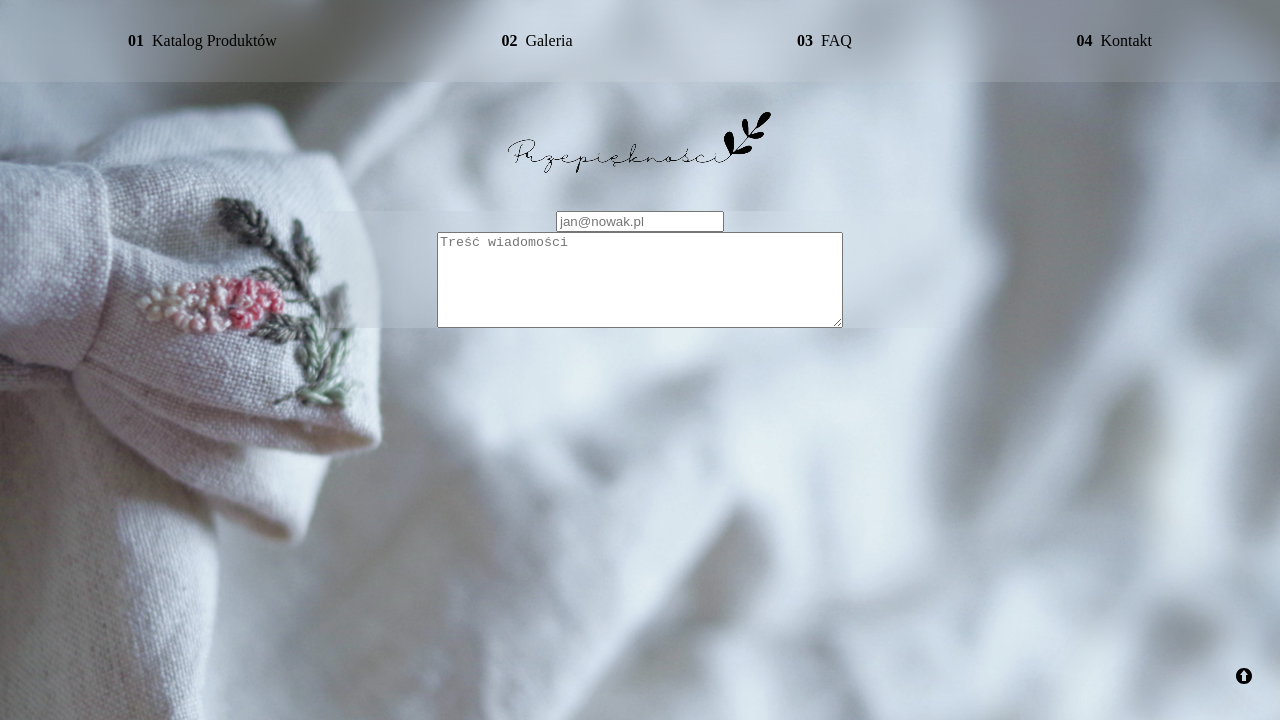
Repository: kowalkos/Rak_projekt
Page: /about
An editor plug-in stored every save of this project. The page is shown before and after the next save, followed by the edit.
The browser window is 1280 px wide. The pictures show the whole page.
The project was rebuilt for these pictures with package versions that can differ from the ones it lists, and the page was loaded fresh each time. Also part of the build but not shown: src/components/produkty/Produkt.css, src/components/produkty/produkt.js, src/components/galeria/Galeria.js, src/components/main/Main.js, src/components/FAQ/Faq.js.

Above is the page before, as saved 2022-01-18 20:57:44.

### src/index.css
body {
  margin: 0;
  background-image: url('/src/img/tlo.jpg');
  background-attachment: fixed;
  background-repeat: no-repeat;
  background-size: cover;
  overflow-x: hidden;
  color: black;

  min-width: 325px;
}

### src/App.js
import Produkt from './components/produkty/produkt';
import Galeria from './components/galeria/Galeria';
import Main from './components/main/Main';
import Faq from './components/FAQ/Faq';
import About from './components/about/About';
import Footer from './components/footer/footer';
import './App.css';
import NavBar from './components/navbar/NavBar';
import {BrowserRouter as Router, Route, Routes} from 'react-router-dom';
function App() {

  return (
    <Router>
    <div className="App">
     <NavBar/>
     <Routes>
     <Route path="/" element={<Main/>}/>
     <Route path="/Faq"element={<Faq/>}/>
     <Route path="/produkty" element={<Produkt/>}/>
     <Route path="/galeria"element={<Galeria/>}/>
     <Route path="/about"element={<About/>}/>
     </Routes>
     <Footer/>
    </div>
    </Router>
  );
}

export default App;

### src/components/about/About.js
import "./About.css"
function About(props) {
    return <div>
        <div className="blok">
            <form>
                <input className="email-input"  type="email" placeholder="jan@nowak.pl"/>
                <textarea className="mail-text" rows={6} cols={60} placeholder="Treść wiadomości"/>
            </form>
        </div>
        </div>
}
export default About;

### src/components/footer/footer.js
import './footer.css';
function Footer(props)
{
    return <div >

            <a href='#top'>
                <button className='upArrow'></button>
            </a>


    </div>;
}
export default Footer;

### src/App.css
.App {
  text-align: center;
  /* background-image: url('/src/img/kosmos.jpg'); */

}

### src/components/navbar/NavBar.js

import { Link } from 'react-router-dom';
import logo from '../../img/logoso.png';
import './NavBar.css';
function NavBar(props) {


    function toggle() {
        const primaryNav = document.querySelector('.primary-navigation');
        const navToggle = document.querySelector('.mobile-nav-toggle');
        console.log(primaryNav);
        console.log(navToggle);

        const visibility = primaryNav.getAttribute('data-visible');
        if (visibility === "false") {
            primaryNav.setAttribute('data-visible', true);
            navToggle.setAttribute('aria-expanded', true);
        }
        else if (visibility === "true") {
            primaryNav.setAttribute('data-visible', false);
            navToggle.setAttribute('aria-expanded', false);
        }
        console.log(visibility);
    }
    return <header className='primary-header'>
        <button className='mobile-nav-toggle'
            aria-controls='primary-navigation'
            onClick={toggle} >
            <span className='sr-only'></span>
        </button>

        <nav>
            <ul id='primary-navigation' aria-expanded="false" data-visible="false" className='primary-navigation flex'>
                {/* <li>
                    <Link to='/' >
                        <span aria-hidden="true">00</span>
                        Strona główna
                    </Link>
                </li> */}
                <li>
                    <Link to='/produkty' >
                        <span aria-hidden="true">01</span>
                        Katalog Produktów
                    </Link>
                </li>
                <li>
                    <Link to='/galeria' >
                        <span aria-hidden="true">02</span>
                        Galeria
                    </Link>
                </li>
                <li>
                    <Link to='/Faq' >
                        <span aria-hidden="true">03</span>
                        FAQ
                    </Link>
                </li>
                <li>
                    <Link to='/about' >
                        <span aria-hidden="true">04</span>
                        Kontakt
                    </Link>
                </li>
            </ul>
        </nav>
        <div className='logo'>
        <Link to='/' >
            <img  src={logo} alt='Logo'></img>
            </Link>
        </div>

    </header>;

    // return <div className='main-nav-bar' >
    //     <div className='nav-bar__roll-down' onhover={onHoverHandle} >
    //         Katalog Produktów
    //         <div id='nav-bar__inside'>
    //             Kokardy
    //         </div>
    //         <div id='nav-bar__inside'>
    //             Kokardy
    //         </div>
    //         <div id='nav-bar__inside'>
    //             Kokardy
    //         </div>
    //         <div id='nav-bar__inside'>
    //             Kokardy
    //         </div>height:"20px";width
    //     </div >
    //     <div className='nav-bar'>
    //         O mnie
    //     </div>
    //     <div className='nav-bar'>
    //         FAQ
    //     </div>
    //     <div className='nav-bar'>
    //         Kontakt
    //     </div>

    // </div>;
}

export default NavBar;

### src/components/about/About.css
.blok
{
    width: 50%;
    margin: 1rem auto;
    display: flex;
    justify-content: center;
    align-items: center;
}
.email-input
{
    display: inline-block;
    width:10rem;
}
.mail-text
{
   display: block;
   width: 25rem;
}
@supports(backdrop-filter: blur(1rem)) {
    .blok{
        backdrop-filter: blur(4rem);
    }
}

### src/components/footer/footer.css
.footer
{
    width: 80%;
    margin: 0 auto;
}
.upArrow
{
    display: block;
    position: fixed;
    width: 2.25rem;
    aspect-ratio: 1;
    right: 0.5rem;
    bottom: 1rem;
    z-index: 10000;
    background-color: transparent;
    background-image: url(/src/img/arrow_up.svg);
    background-repeat: no-repeat;
    border: 0px;
    transition: all 0.5s ease-in-out;

}

### src/components/navbar/NavBar.css
.flex {
    display: flex;
    gap: var(--gap, 1rem);
}

.primary-header {
    align-items: center;
    justify-content: space-between;

}
.logo{
    margin:0rem;
}
.mobile-nav-toggle {
    display: none;
}

.primary-navigation {
    list-style: none;
    margin: 0 0rem;
    background: hsl(0 0% 0% /0.75);
}


.primary-navigation a {
    text-decoration: none;
    color: black;
}

.primary-navigation a>[aria-hidden="true"] {
    font-weight: 700;
    margin-inline-end: .5rem;
}

@supports(backdrop-filter: blur(1rem)) {
    .primary-navigation {
        background: hsl(0 0% 100% /0.1);
        backdrop-filter: blur(1rem);
    }
}

@media (max-width:35em) {
    .primary-navigation {
        position: fixed;
        inset: 0 0 0 50%;
        --gap: 1rem;
        z-index: 1000;
        flex-direction: column;
        padding: min(30vh, 5rem) 1rem;

        transform: translateX(100%);
        transition: transform 350ms ease-out;
    }

    .primary-navigation[data-visible="true"] {
        transform: translateX(0%);
    }

    .mobile-nav-toggle {
        display: block;
        position: fixed;
        width: 2.25rem;
        aspect-ratio: 1;
        top: 2rem;
        right: 1rem;
        z-index: 9999;
        background-color: transparent;
        background-image: url(/src/img/Hamburger_icon.svg);
        background-repeat: no-repeat;
        border: 0px;
    }

    .mobile-nav-toggle[aria-expanded="true"] {
        background-image: url(/src/img/x-symbol.svg);
        background-size: 32px;
    }

    .sr-only {
        display: none;
    }
}

@media (min-width:35em) and (max-width:55em) {
    .primary-navigation a>span[aria-hidden="true"] {
        display: none;
    }
}
@media (min-width:35em)
{

.primary-navigation{
    --gap:2rem;
    justify-content: space-between;
    padding-block: 2rem;
    padding-inline:clamp(3rem,10vw,10rem);
}
}

Loaded but not shown: public/index.html (common file); src/index.js (common file)

After the next save:
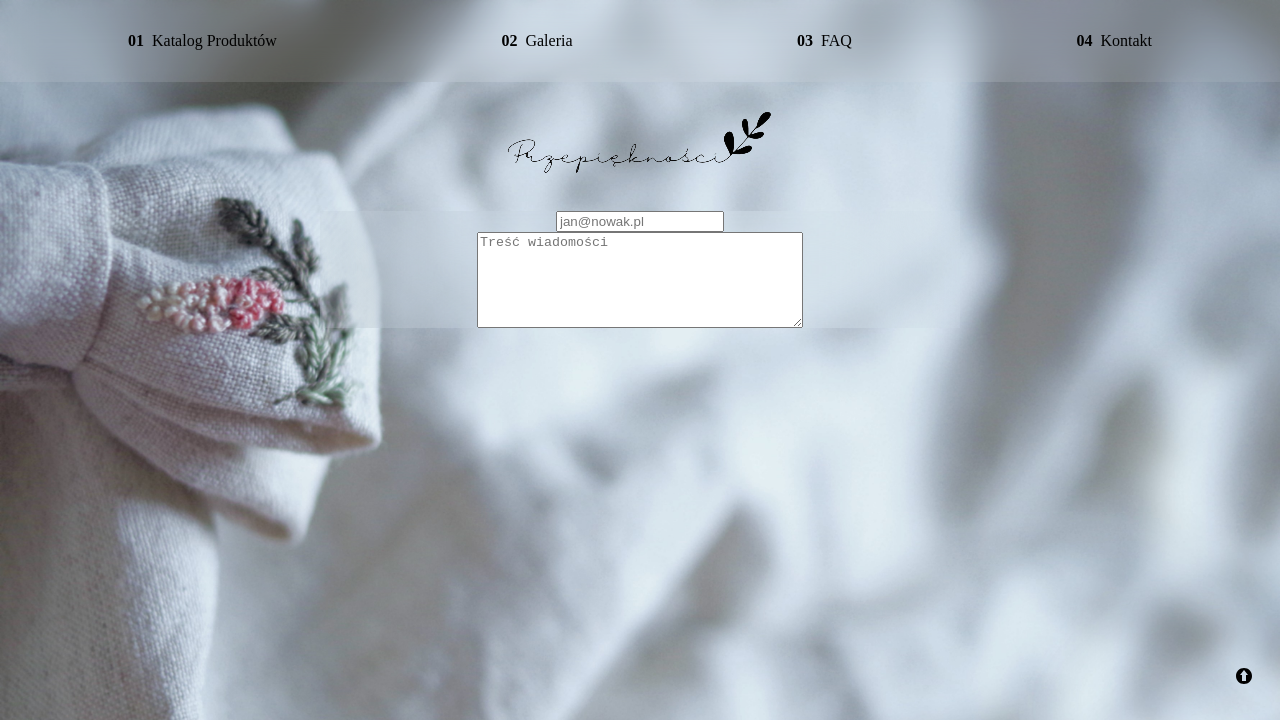
Saved 42 s later.
--- a/src/components/about/About.css
+++ b/src/components/about/About.css
@@ -14,7 +14,7 @@
 .mail-text
 {
    display: block;
-   width: 25rem;
+   width: 20rem;
 }
 @supports(backdrop-filter: blur(1rem)) {
     .blok{
